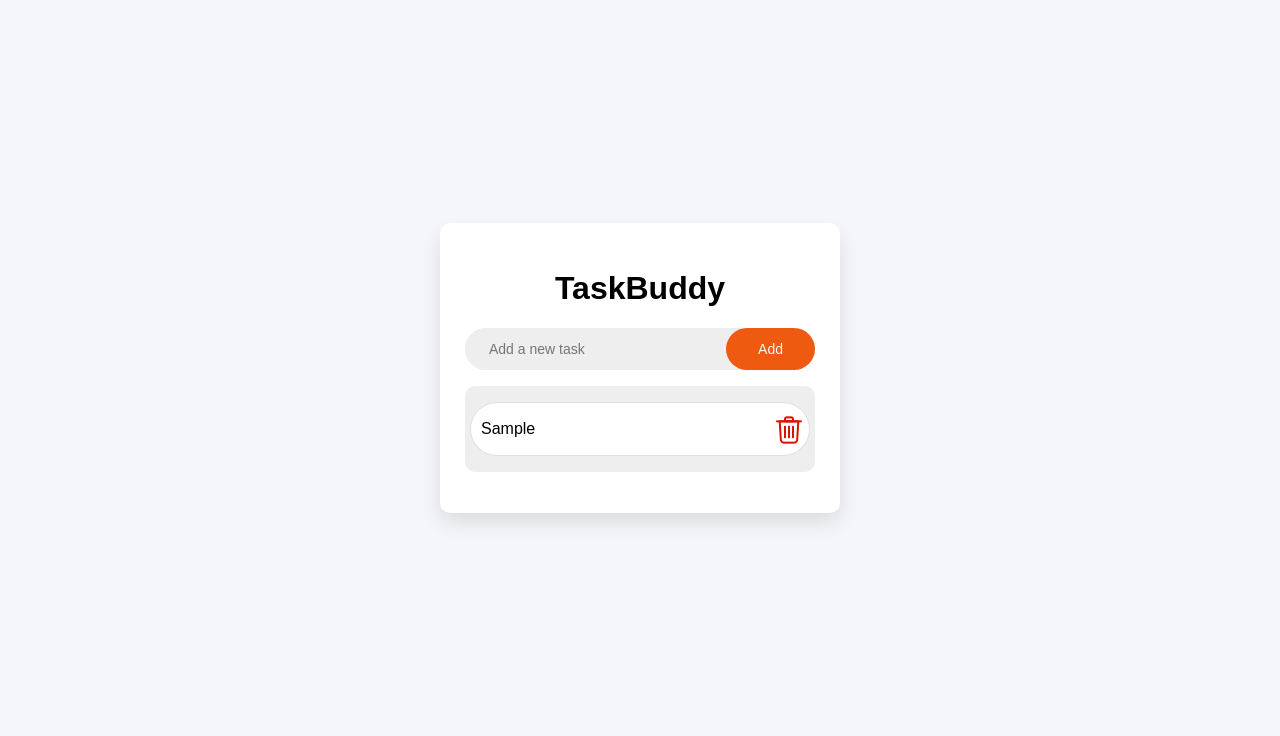
Repository: yogeshnandwani/taskbuddy-todo
Page: index.html
These files come from the project's save history. The page is drawn as it stood at one moment and after the next save; the edit follows.
The browser window is 1280 px wide. The pictures show the whole page.
Empty fields were first filled with sample values (such as "Sample", 5 or name@example.com).
After loading, the first visible `#addBtn` was clicked once.

Above is the page before, as saved 2026-03-16 18:15:41.

### index.html
<!DOCTYPE html>
<html lang="en">
<head>
<meta charset="UTF-8">
<title>TaskBuddy</title>
<link rel="stylesheet" href="css/style.css">
</head>

<body>

<div class="app">

<h1>TaskBuddy</h1>

<div class="task-input">
<input type="text" id="taskInput" placeholder="Add a new task">
<button id="addBtn">Add</button>
</div>

<ul id="taskList"></ul>

</div>

<script src="js/script.js"></script>

</body>
</html>

### css/style.css
body{
    font-family: Arial, sans-serif;
    background:#f4f6f9;
    display:flex;
    justify-content:center;
    align-items:center;
    height:100vh;
}

.app{
    background:white;
    padding:25px;
    border-radius:10px;
    width:350px;
    box-shadow:0 10px 20px rgba(0,0,0,0.1);
}

h1{
    text-align:center;
}

.task-input{
    display:flex;
    border-radius: 50px;
    background-color: #eee;
}

input{
    flex:1;
    padding:8px;
    border: none;
    border-radius: 50px;
    padding: 0.8rem 1.5rem;
    background-color: #eee;
    font-size: 14px;
}

input:focus{
    outline: none;
}

#addBtn{
    padding:0.8rem 2rem;
    border: none;
    border-radius: 50px;
    background-color: #ee5a10;
    color: #f4f6f9;
    cursor:pointer;
    font-size: 14px;
}

ul{
    background-color: #eee;
    border-radius: 10px;
    display: flex;
    padding: 1rem;
    gap: 10px;
    flex-direction: column;
    justify-content: center;
    align-items: center;
}

li{
    background:#fff;
    display: flex;
    align-items: center;
    padding: 10px;
    justify-content: space-between;
    border: 1px solid #0000001f;
    border-radius: 50px;
    width: 100%;
    display:flex;
    justify-content:space-between;
}

li .delete{
    width: 2rem;
    height: 2rem;
    background: transparent;
    border: none;
}

### js/script.js
const input = document.getElementById("taskInput")
const addBtn = document.getElementById("addBtn")
const list = document.getElementById("taskList")

addBtn.addEventListener("click", addTask)

function addTask(){
    const taskText = input.value.trim()

    if(taskText === "") return

    const li = document.createElement("li")

    li.innerHTML = `
    <span>${taskText}</span>
    <button class="delete"><img src="images/delete.png" alt="Delete icon"></button>
    `

    list.appendChild(li)

    input.value=""
}

After the next save:
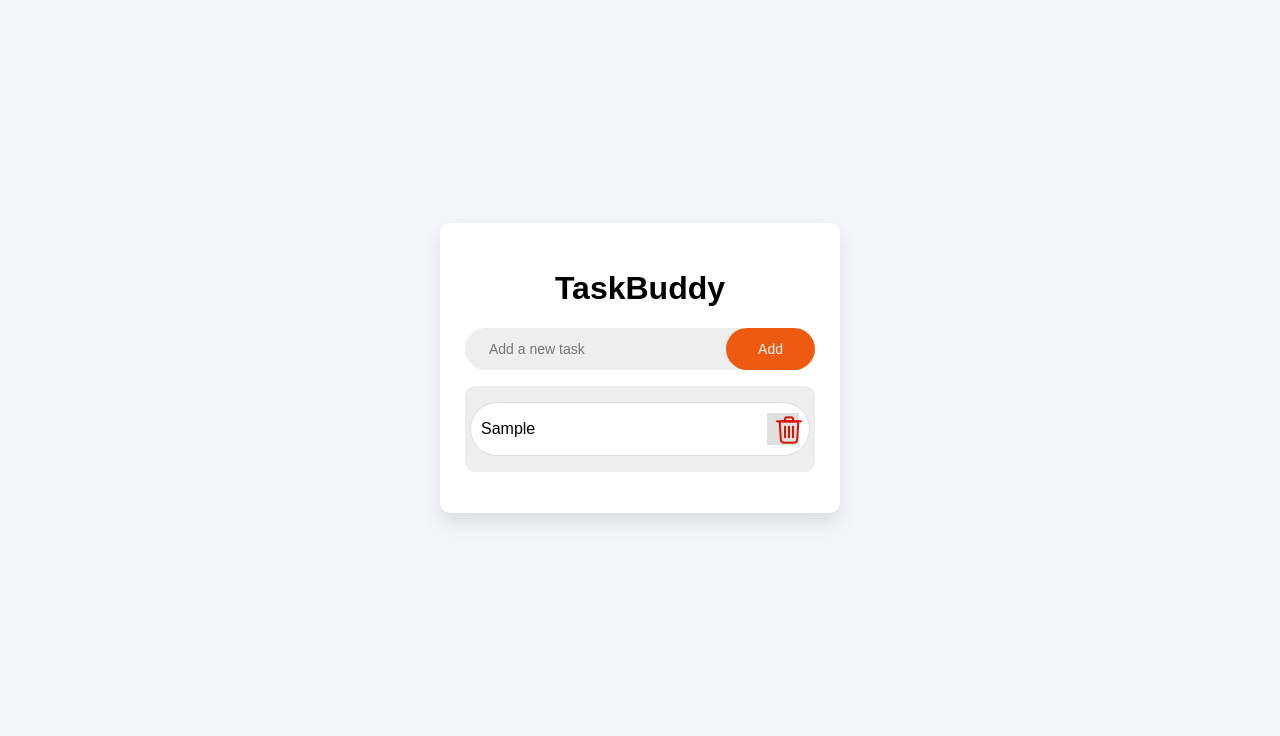
Saved 11 s later.
--- a/css/style.css
+++ b/css/style.css
@@ -78,4 +78,5 @@ li .delete{
     height: 2rem;
     background: transparent;
     border: none;
+    background-color: #0000001f;
 }
